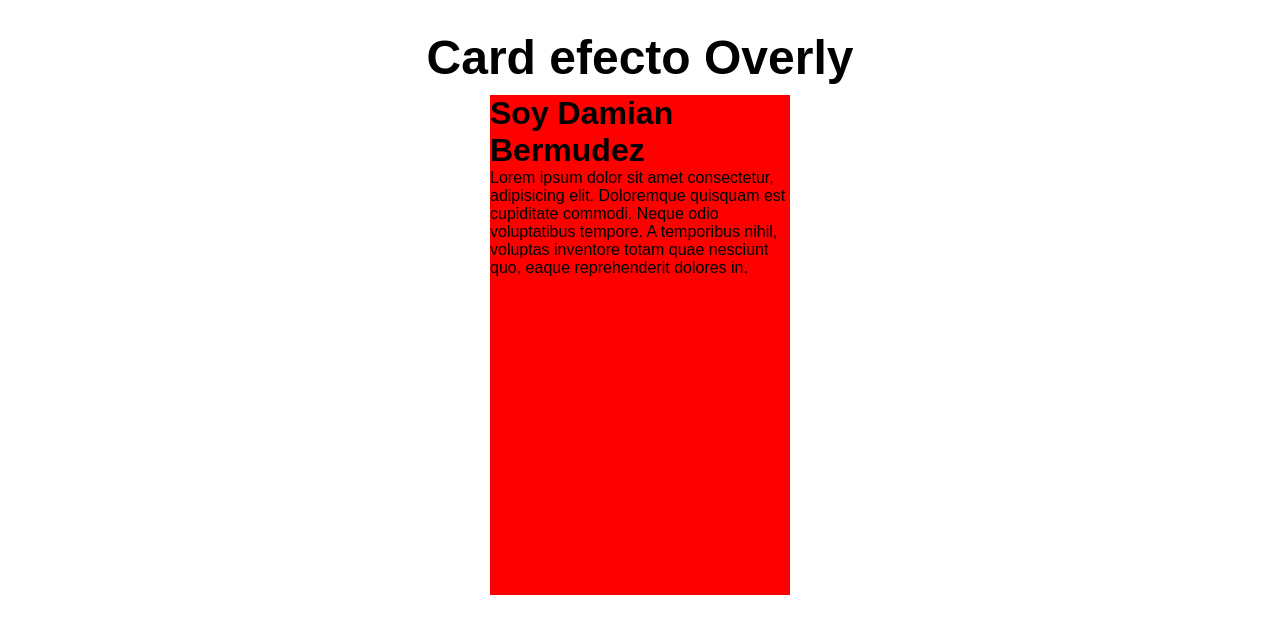
Repository: DamianBermudez94/curso-css3
Page: cardOverly.html
These files come from the project's save history. The page is drawn as it stood at one moment and after the next save; the edit follows.
The browser window is 1280 px wide. The pictures show the whole page.

Above is the page before, as saved 2024-06-20 14:30:55.

### cardOverly.html
<!DOCTYPE html>
<html lang="es">
<head>
    <meta charset="UTF-8" />
    <meta name="viewport" content="width=device-width, initial-scale=1.0" />
    <link rel="preconnect" href="https://fonts.googleapis.com" />
    <link rel="preconnect" href="https://fonts.gstatic.com" crossorigin />
    <link
      rel="preload"
      href="https://fonts.googleapis.com/css2?family=Roboto:ital,wght@0,100;0,300;0,400;0,500;0,700;0,900;1,100;1,300;1,400;1,500;1,700;1,900&display=swap"
      rel="stylesheet"
    />
    <link rel="stylesheet" href="/cardOverly/estilos.css">
    <title>Card efecto Overly</title>

</head>
<body>
    <section>
        <h1>Card efecto Overly</h1>
        <div class="container-card">
            <figure>
                <img src="/img/johannes-plenio-ESL1rIs9j48-unsplash.jpg" alt="" class="img">
                <figcaption class="picture__container">
                    <h2>Soy Damian Bermudez</h2>
                    <p>Lorem ipsum dolor sit amet consectetur, adipisicing elit. Doloremque quisquam est cupiditate commodi. Neque odio voluptatibus tempore. A temporibus nihil, voluptas inventore totam quae nesciunt quo, eaque reprehenderit dolores in.
                </p>
                </figcaption>
            </figure>
        </div>
    </section>

</body>
</html>

### cardOverly/estilos.css
*{
    margin: 0;
    padding: 0;
    box-sizing: border-box;
}
body{
    font-family: Arial, Helvetica, sans-serif;
}
section{

    display: flex;
    flex-direction: column;
    justify-content: center;
    align-items: center;
}

h1{
    font-size: 3em;
    margin-top: 20px;
    padding: 10px;
}
.container-card figure{
    position: relative;
    width: 300px;
    display: flex;
    flex-direction: column;
    justify-content: center;
}
.container-card figure .img{
    display: block;
    width: 300px;
    height: 500px;
    object-fit: cover;
    margin: 0 auto;
}
.picture__container{
    position: absolute;
    top: 0;
    width: 100%;
    height: 100%;
    background-color: red;
}
.picture__container h2{
    font-size: 2em;
    align-items: center;
    margin: 0 auto;
}

After the next save:
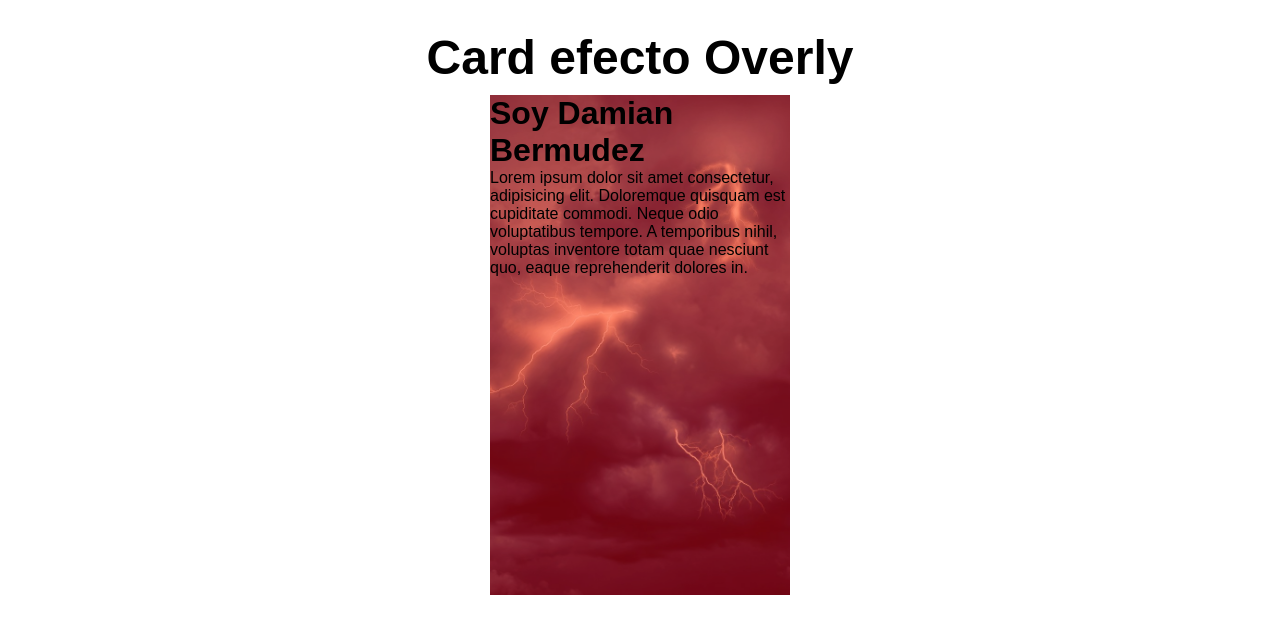
Saved 5 s later.
--- a/cardOverly/estilos.css
+++ b/cardOverly/estilos.css
@@ -38,7 +38,7 @@ h1{
     top: 0;
     width: 100%;
     height: 100%;
-    background-color: red;
+    background-color: rgba(255, 0, 0, 0.425);
 }
 .picture__container h2{
     font-size: 2em;
